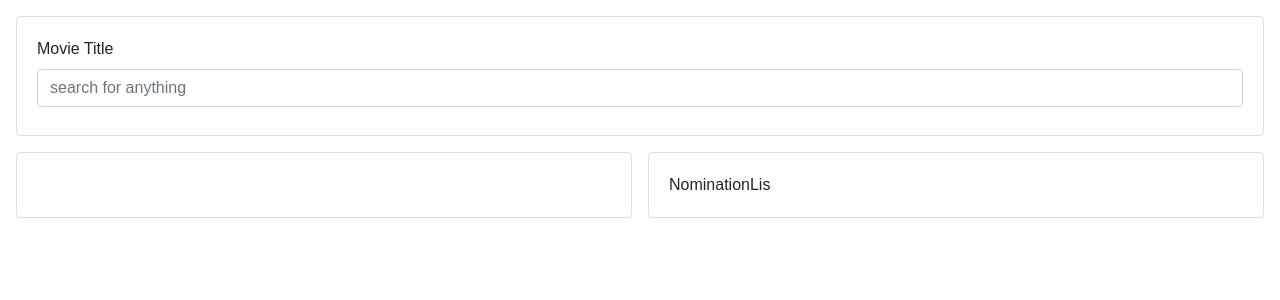
Repository: akinsikuoluwafemi/shoppies-movie-collection
Page: /
These files come from the project's save history. The page is drawn as it stood at one moment and after the next save; the edit follows.
The browser window is 1280 px wide. The pictures show the whole page.
The project was rebuilt for these pictures with package versions that can differ from the ones it lists, and the page was loaded fresh each time. Also part of the build but not shown: src/App.css, src/components/SearchItem.js, src/components/NominationItem.js.

Above is the page before, as saved 2021-01-10 22:29:32.

### public/index.html
<!DOCTYPE html>
<html lang="en">
  <head>
    <meta charset="utf-8" />
    <link rel="icon" href="%PUBLIC_URL%/huge.png" />
    <meta name="viewport" content="width=device-width, initial-scale=1" />
    <meta name="theme-color" content="#000000" />
    <meta
      name="description"
      content="Web site created using create-react-app"
    />
    <link rel="apple-touch-icon" href="%PUBLIC_URL%/logo192.png" />


    <link rel="stylesheet" href="https://stackpath.bootstrapcdn.com/bootstrap/4.4.1/css/bootstrap.min.css"
      integrity="sha384-Vkoo8x4CGsO3+Hhxv8T/Q5PaXtkKtu6ug5TOeNV6gBiFeWPGFN9MuhOf23Q9Ifjh" crossorigin="anonymous">
    <!--
      manifest.json provides metadata used when your web app is installed on a
      user's mobile device or desktop. See https://developers.google.com/web/fundamentals/web-app-manifest/
    -->
    <link rel="manifest" href="%PUBLIC_URL%/manifest.json" />
    <!--
      Notice the use of %PUBLIC_URL% in the tags above.
      It will be replaced with the URL of the `public` folder during the build.
      Only files inside the `public` folder can be referenced from the HTML.

      Unlike "/favicon.ico" or "favicon.ico", "%PUBLIC_URL%/favicon.ico" will
      work correctly both with client-side routing and a non-root public URL.
      Learn how to configure a non-root public URL by running `npm run build`.
    -->
    <title>Shoppies Movie Collection</title>
  </head>
  <body>
    <noscript>You need to enable JavaScript to run this app.</noscript>
    <div id="root"></div>
    <!--
      This HTML file is a template.
      If you open it directly in the browser, you will see an empty page.

      You can add webfonts, meta tags, or analytics to this file.
      The build step will place the bundled scripts into the <body> tag.

      To begin the development, run `npm start` or `yarn start`.
      To create a production bundle, use `npm run build` or `yarn build`.
    -->
    <script
  src="https://code.jquery.com/jquery-3.3.1.slim.min.js"
  integrity="sha384-q8i/X+965DzO0rT7abK41JStQIAqVgRVzpbzo5smXKp4YfRvH+8abtTE1Pi6jizo"
  crossorigin="anonymous"
></script>
<script
  src="https://cdnjs.cloudflare.com/ajax/libs/popper.js/1.14.7/umd/popper.min.js"
  integrity="sha384-UO2eT0CpHqdSJQ6hJty5KVphtPhzWj9WO1clHTMGa3JDZwrnQq4sF86dIHNDz0W1"
  crossorigin="anonymous"
></script>
<script
  src="https://stackpath.bootstrapcdn.com/bootstrap/4.3.1/js/bootstrap.min.js"
  integrity="sha384-JjSmVgyd0p3pXB1rRibZUAYoIIy6OrQ6VrjIEaFf/nJGzIxFDsf4x0xIM+B07jRM"
  crossorigin="anonymous"
></script>

  </body>
</html>

### src/index.css

* {
    margin: 0;
    padding: 0;
    box-sizing: border-box;
    font-family: 'Poppins', sans-serif;

}

body {
  margin: 0;
  font-family: -apple-system, BlinkMacSystemFont, 'Segoe UI', 'Roboto', 'Oxygen',
    'Ubuntu', 'Cantarell', 'Fira Sans', 'Droid Sans', 'Helvetica Neue',
    sans-serif;
  -webkit-font-smoothing: antialiased;
  -moz-osx-font-smoothing: grayscale;
}

code {
  font-family: source-code-pro, Menlo, Monaco, Consolas, 'Courier New',
    monospace;
}

### src/App.js
import './App.css';
import Home from './Pages/Home';


function App() {
  return (
    <Home/>
  );
}

export default App;

### src/Pages/Home.js
import React, {useState} from 'react';
import SearchBar from '../components/SearchBar';
import SearchResults from '../components/SearchResults';
import Nominations from '../components/Nominations';
import './Home.css';
import { NominatedMoviesContext, AllMoviesContext, QueryContext } from "../ContextFile";




export default function Home() {

    const [nominatedMovies, setNominatedMovies] = useState(JSON.parse(localStorage.getItem("n-movies")) || []);

    const [allMovies, setAllMovies] = useState([]);


    const [query, setQuery] = useState('')


    return (
      <QueryContext.Provider value={{ query, setQuery }}>
        <AllMoviesContext.Provider value={{ allMovies, setAllMovies }}>
          <NominatedMoviesContext.Provider
            value={{ nominatedMovies, setNominatedMovies }}
          >
            <div className="home-wrapper">
              <div className="home-wrapper_search">
                <SearchBar />
              </div>
              <div className=" search-wrapper">
                <SearchResults />
                <Nominations />
              </div>
            </div>
          </NominatedMoviesContext.Provider>
        </AllMoviesContext.Provider>
      </QueryContext.Provider>
    );
}

### src/components/SearchBar.js
import React, {useContext, useEffect, useState} from 'react';
import { AllMoviesContext, QueryContext } from "../ContextFile";
import axios from 'axios';

// http://www.omdbapi.com/?i=tt3896198&apikey=2a3aa076



export default function SearchBar() {

    useEffect(() => {
        // getMovies();

    }, [])

    let { allMovies, setAllMovies } = useContext(AllMoviesContext);

    const { query, setQuery } = useContext(QueryContext);

  const getMovies = async () => {
      let result = await axios.get(`http://www.omdbapi.com/?apikey=2a3aa076&s=${query}`)
        .then(response => {
            // console.log(response.data.Search)

            setAllMovies(response.data.Search)



        }, (error) => {
                return console.log(error)
        })
      return result;
  };


    const handleInputChange = (e) => {
        setQuery(e.target.value)
        if(query.length > 2){
          getMovies();
        }

    }

    const handleSubmit = (e) => {
        e.preventDefault()
        getMovies();

    }






  return (
    <div class="card w-100">
      <div class="card-body">
        <form class="mb-2" onSubmit={handleSubmit}>
          <label for="movie" class="form-label">
            Movie Title
          </label>
          <input
            type="search"
            class="form-control"
            placeholder="search for anything"
            value={query}
            onChange={handleInputChange}/>
        </form>
      </div>
    </div>
  );
}

### src/components/SearchResults.js
import React, {useContext, useEffect} from 'react';
import CardWrapper from './CardWrapper';
import '../Pages/Home.css';
import { AllMoviesContext, QueryContext } from "../ContextFile";
import SearchList from './SearchList';




export default function SearchResults() {

    useEffect(() => {

    }, [])

    const { allMovies, setAllMovies } = useContext(AllMoviesContext);

    const { query, setQuery } = useContext(QueryContext);


    // console.log(allMovies)


    return (
      <CardWrapper>
        {query && <h4>Results for "{query}"</h4>}

            <SearchList movies={allMovies} />

      </CardWrapper>
    );
}

### src/components/Nominations.js
import React , {useContext} from 'react';
import CardWrapper from './CardWrapper';
import NominationList from './NominationList';
import { AllMoviesContext, NominatedMoviesContext } from "../ContextFile";


export default function Nominations() {

    let { nominatedMovies, setNominatedMovies } = useContext(NominatedMoviesContext);


    return (

        <CardWrapper>

             {/* <ul className="list">
                <li className="list-item" >Ram Dass (2007) <button className="btn btn-danger" >Remove</button></li>


            </ul> */}
            <NominationList nominations={nominatedMovies}/>
    </CardWrapper>

    )
}

### src/Pages/Home.css
.home-wrapper {
    padding: 1rem;
}

.search-wrapper {
    /* background: pink; */
    width: 100%;
    /* padding-top: 2rem; */
    display: grid;
    grid-template-rows: repeat(2,1fr);
    grid-template-columns: repeat(auto-fit, minmax(200px, 1fr));
    grid-gap: 1rem;
}
.home-wrapper_search {
    /* margin: .5rem; */
    padding-bottom: 1rem;

}

.list > li {
    margin-left: 2rem!important;
    padding: .2rem;
}

### src/ContextFile.js
import { createContext } from "react";

export const NominatedMoviesContext = createContext();

export const AllMoviesContext = createContext();

export const QueryContext = createContext();

### src/components/CardWrapper.js
import React from 'react'

export default function CardWrapper({children}) {
    return (
      <div className="card w-100">
            <div className="card-body">{ children}</div>
      </div>
    );
}

### src/components/SearchList.js
import React from 'react';
import SearchItem from './SearchItem';


export default function SearchList({movies}) {
    if(!movies){
        // alert('wrong search')
        return null
    }
        const renderedList = movies.map((movie) => {
            movie.isNominated = false;
            return <SearchItem movie={movie} />;
          });





    return (
        <div>
            {renderedList}
        </div>
    )
}

### src/components/NominationList.js
import React from 'react';
import NominationItem from './NominationItem';


export default function NominationList({ nominations }) {

    console.log(nominations)

    const renderedNominations = nominations.map(movie => {
        return <NominationItem/>
    })

    return <div>NominationLis</div>;
}

Loaded but not shown: src/index.js (common file); src/reportWebVitals.js (common file)

After the next save:
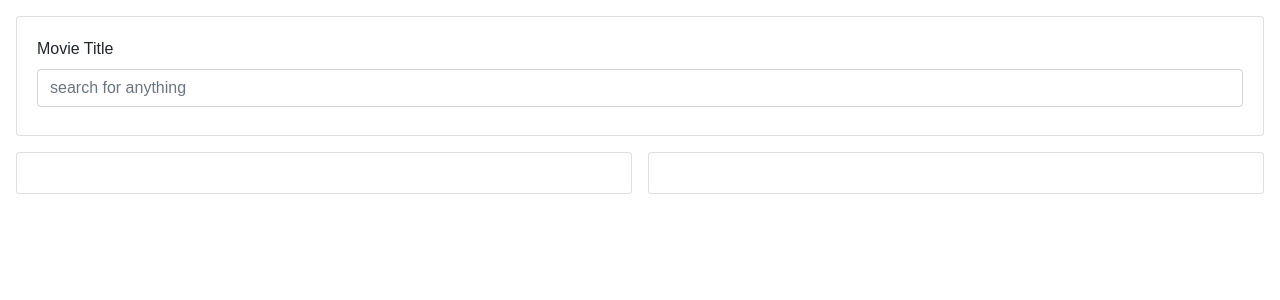
Saved 4 s later.
--- a/src/components/NominationList.js
+++ b/src/components/NominationList.js
@@ -10,5 +10,5 @@ export default function NominationList({ nominations }) {
         return <NominationItem/>
     })
 
-    return <div>NominationLis</div>;
+    return <div>{ }</div>;
 }
